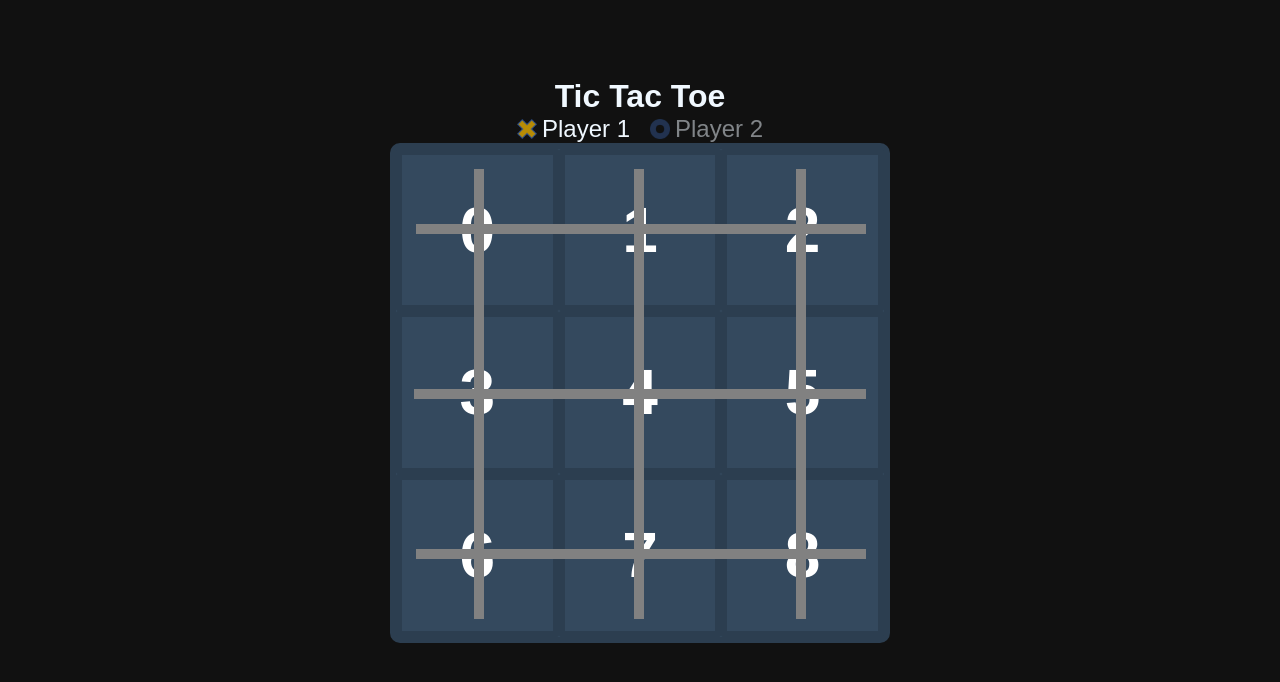
Repository: richardlieknis/tictactoe
Page: index.html
These files come from the project's save history. The page is drawn as it stood at one moment and after the next save; the edit follows.
The browser window is 1280 px wide. The pictures show the whole page.

Above is the page before, as saved 2022-12-08 17:11:07.

### index.html
<!DOCTYPE html>
<html lang="en">

<head>
    <meta charset="UTF-8" />
    <meta http-equiv="X-UA-Compatible" content="IE=edge" />
    <meta name="viewport" content="width=device-width, initial-scale=1.0" />
    <title>TicTacToe</title>
    <link rel="stylesheet" href="css/style.css" />
    <link rel="stylesheet" href="css/mobile.css" />

    <script src="main.js"></script>
</head>

<body>
    <div class="maincontainer">
        <h1>Tic Tac Toe</h1>
        <div class="players">
            <div id="player1" class="">
                <img src="src/img/cross.png" /> Player 1
            </div>
            <div id="player2" class="inactive">
                <img src="src/img/circle.png" /> Player 2
            </div>
        </div>
        <div class="gameField">
            <div class="box" id="0" onclick="playerPlace(0)">0</div>
            <div class="box" id="1" onclick="playerPlace(1)">1</div>
            <div class="box" id="2" onclick="playerPlace(2)">2</div>
            <div class="box" id="3" onclick="playerPlace(3)">3</div>
            <div class="box" id="4" onclick="playerPlace(4)">4</div>
            <div class="box" id="5" onclick="playerPlace(5)">5</div>
            <div class="box" id="6" onclick="playerPlace(6)">6</div>
            <div class="box" id="7" onclick="playerPlace(7)">7</div>
            <div class="box" id="8" onclick="playerPlace(8)">8</div>
            <div class="lines">
                <div id="line0" class="line" style="top: 75px; left: 20px"></div>
                <div id="line1" class="line" style="top: 240px; left: 20px"></div>
                <div id="line2" class="line" style="top: 400px; left: 20px"></div>
                <div id="line3" class="line make-vertical" style="top: 240px; right: 180px"></div>
                <div id="line4" class="line make-vertical" style="top: 240px; right: 20px"></div>
                <div id="line5" class="line make-vertical" style="top: 240px; left: 180px"></div>
                <div id="line6" class="line" style="top: 240px; right: 20px"></div>
                <div id="line7" class="line" style="top: 240px; right: 20px"></div>
            </div>
        </div>
    </div>
</body>

</html>

### css/style.css
* {
    margin: 0;
    padding: 0;
    box-sizing: border-box;
}

body {
    font-family: sans-serif;
    color: aliceblue;
    background-color: #111;
}

.players {
    display: flex;
    align-items: center;
    justify-content: center;
    gap: 20px;
}

#player1,
#player2 {
    display: flex;
    align-items: center;
    gap: 5px;
    font-size: 24px;
}

.inactive {
    opacity: 0.5;
}

.players img {
    width: 20px;
}

.maincontainer {
    display: flex;
    justify-content: center;
    align-items: center;
    flex-direction: column;
    height: 100vh;
}

.gameField {
    position: relative;
    width: 500px;
    height: 500px;
    margin: 0 auto;
    background-color: #34495e;
    color: #fff;
    border: 6px solid #2c3e50;
    border-radius: 10px;
    display: grid;
    grid-template: repeat(3, 1fr) / repeat(3, 1fr);
}

.box {
    border: 6px solid #2c3e50;
    border-radius: 2px;
    font-family: Helvetica;
    font-weight: bold;
    font-size: 4em;
    display: flex;
    justify-content: center;
    align-items: center;
    cursor: pointer;
}

.box:hover {
    background-color: #416080;
}

.line {
    position: absolute;
    width: 450px;
    height: 10px;
    background-color: rgb(129, 129, 129);
    transform: scaleX(1);
    transition: transform 1s ease-in-out;
}

.make-vertical {
    transform: rotate(90deg) scaleX(1);
}

.make-diagonal {
    transform: rotate(45deg) scaleX(1);
}

#line0 {
    transform: scaleX(1) !important;
}

### main.js
const circle = document.getElementById('circle');
const cross = document.getElementById('cross');
const gameover = document.getElementById('gameover');

let fields = [0, 1, 2, 3, 4, 5, 6, 7, 8];
let currentPlayer = 'cross';
let win = false;

let winFields = [
    [0, 1, 2],
    [3, 4, 5],
    [6, 7, 8],
    [0, 3, 6],
    [1, 4, 7],
    [2, 5, 8],
    [0, 4, 8],
    [2, 4, 6]
]

function playerPlace(id) {
    let fieldHtml = document.getElementById(id);
    if (fields[id] < 9 && !win) {
        if (currentPlayer === 'circle') {
            fields[id] = 'circle';
            fieldHtml.innerHTML = `<img src="src/img/circle.png">`;
            checkWin();
            currentPlayer = 'cross';
            document.getElementById('player1').classList.remove('inactive');
            document.getElementById('player2').classList.add('inactive');
        } else if (currentPlayer === 'cross') {
            fields[id] = 'cross';
            fieldHtml.innerHTML = `<img src="src/img/cross.png">`;
            checkWin();
            currentPlayer = 'circle';
            document.getElementById('player2').classList.remove('inactive');
            document.getElementById('player1').classList.add('inactive');
        }
    }
}

function checkWin() {
    for (let i = 0; i < winFields.length; i++) {
        if (fields[winFields[i][0]] === fields[winFields[i][1]] &&
            fields[winFields[i][1]] === fields[winFields[i][2]]) {
            console.log("GEWONNEN:", currentPlayer);
            win = true;
        }
    }

}

function resetGame() {
    win = false;
    for (let i = 0; i < 9; i++) {
        let fieldHtml = document.getElementById(i);
        fields = [0, 1, 2, 3, 4, 5, 6, 7, 8];
        fieldHtml.innerHTML = "";
    }
}

Loaded but not shown: css/mobile.css (no stored copy; drawn as an empty file)

After the next save:
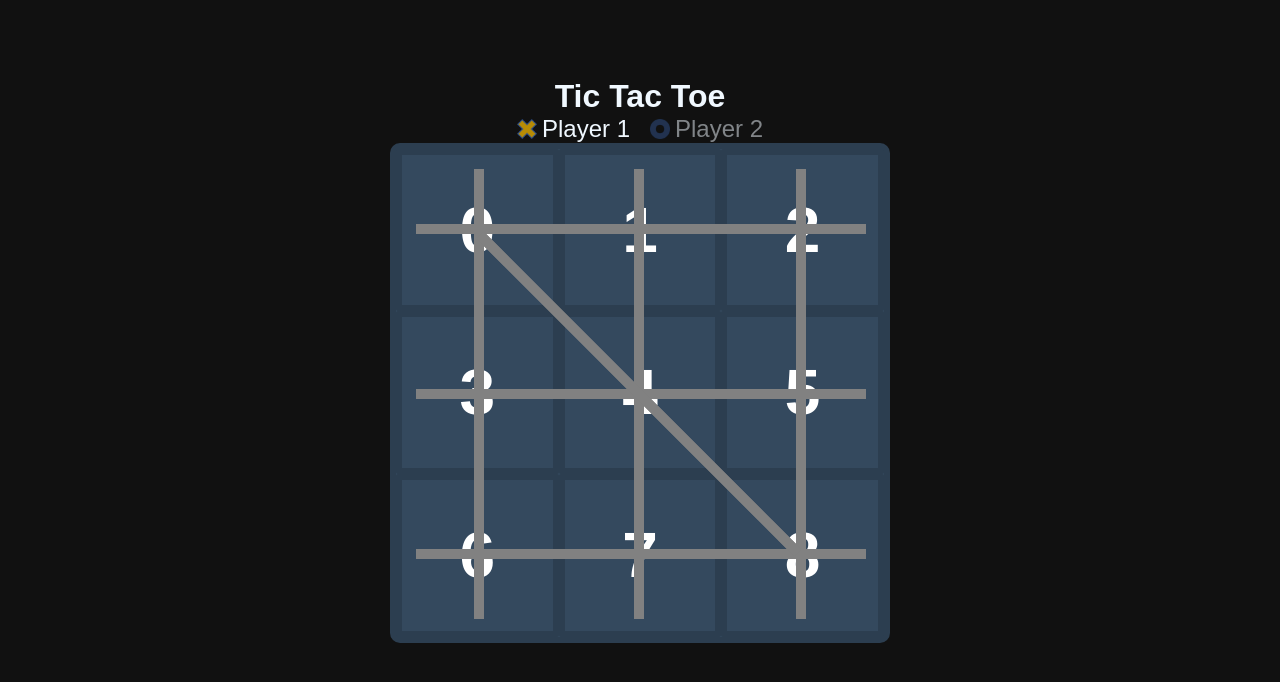
Saved 12 s later.
--- a/index.html
+++ b/index.html
@@ -40,8 +40,8 @@
                 <div id="line3" class="line make-vertical" style="top: 240px; right: 180px"></div>
                 <div id="line4" class="line make-vertical" style="top: 240px; right: 20px"></div>
                 <div id="line5" class="line make-vertical" style="top: 240px; left: 180px"></div>
-                <div id="line6" class="line" style="top: 240px; right: 20px"></div>
-                <div id="line7" class="line" style="top: 240px; right: 20px"></div>
+                <div id="line6" class="line make-diagonal" style="top: 240px; right: 20px"></div>
+                <div id="line7" class="line make-diagonal" style="top: 240px; right: 20px"></div>
             </div>
         </div>
     </div>
